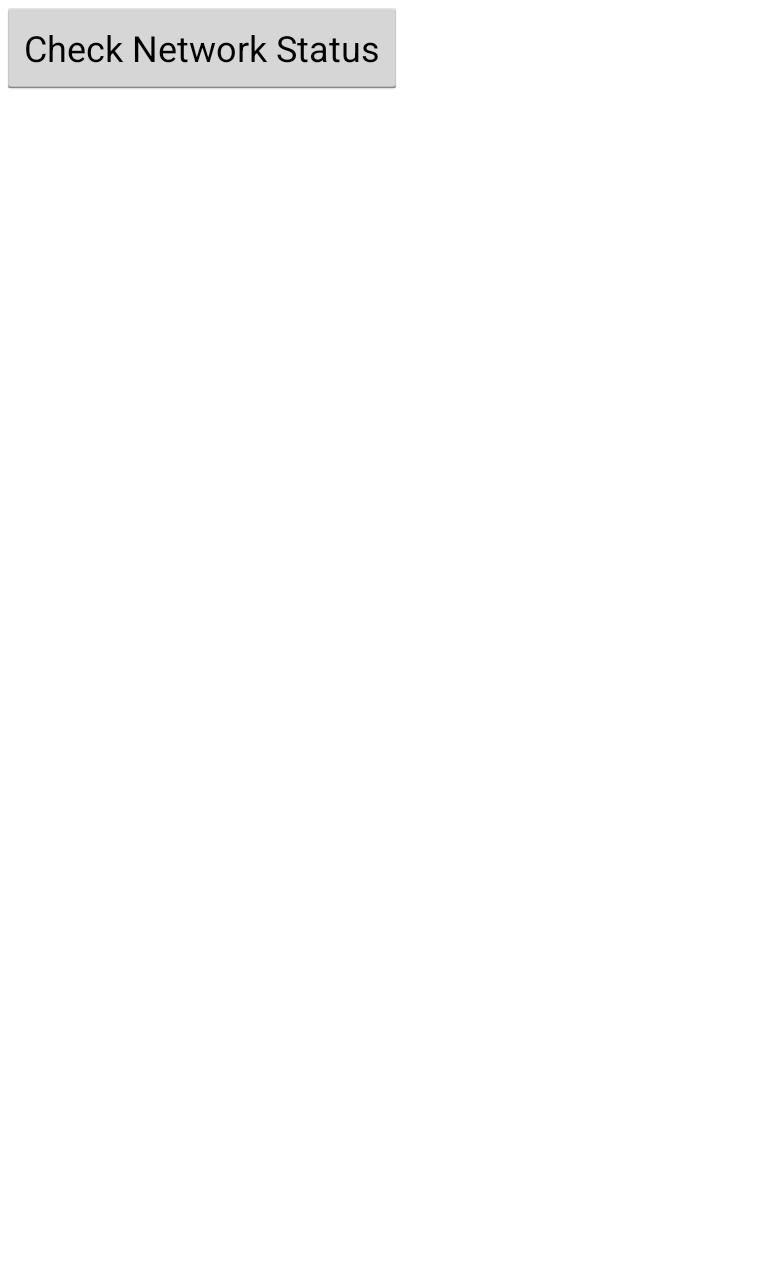
Repository: bvrit-vineeth/android-projects
Layout: NetworkingTest/res/layout/activity_main.xml
These files come from the project's save history. The layout is drawn as it stood at one moment and after the next save; the edit follows.
It is drawn on a 768 x 1280 px phone screen (xhdpi) without system bars, with theme AppTheme; the app's code is not run.

Above is the layout before, as saved 2013-08-26 16:16:51.

After the next save:
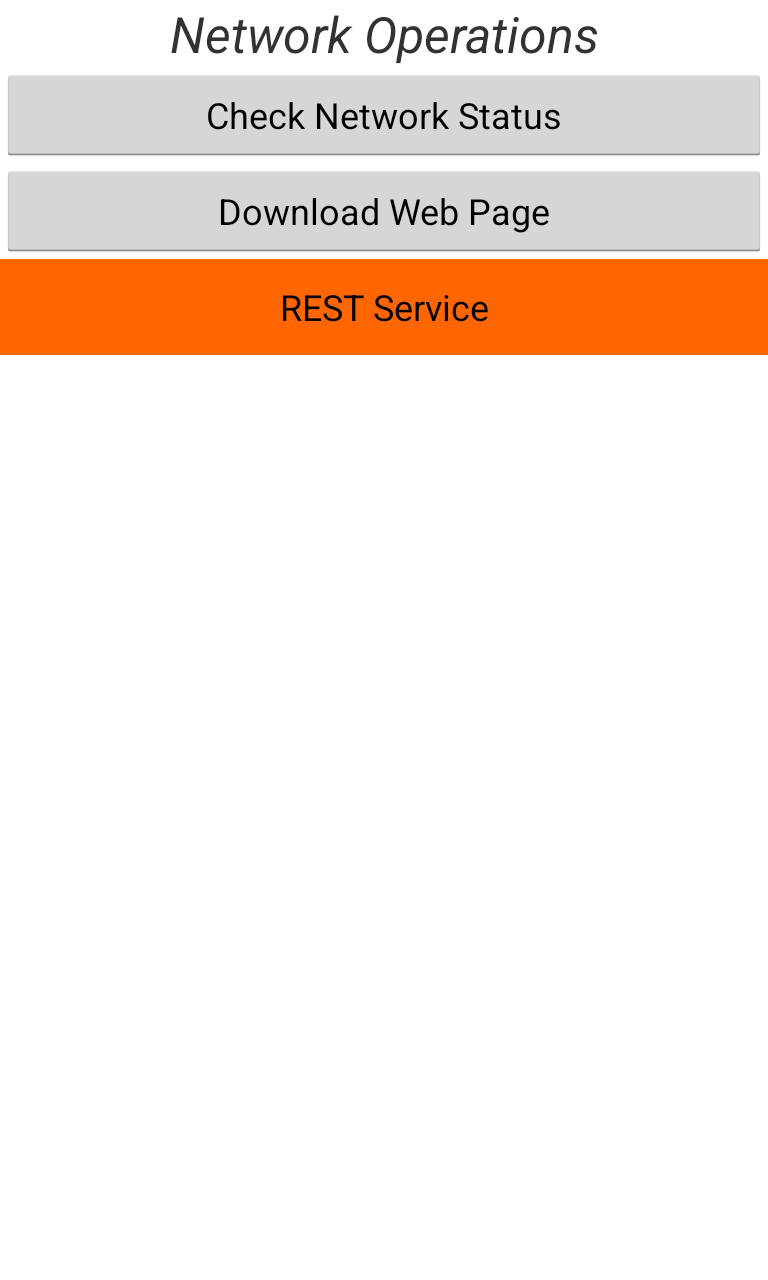
Saved 3 min 8 s later.
--- a/NetworkingTest/res/layout/activity_main.xml
+++ b/NetworkingTest/res/layout/activity_main.xml
@@ -5,14 +5,29 @@
 	android:layout_height="fill_parent"
 	android:orientation="vertical"
 	xmlns:android="http://schemas.android.com/apk/res/android">
+<TextView
+	android:id="@+id/widget35"
+	android:layout_width="fill_parent"
+	android:layout_height="wrap_content"
+	android:text="Network Operations"
+	android:textSize="25sp"
+	android:typeface="sans"
+	android:textStyle="italic"
+	android:gravity="center" />
 <Button
-	android:id="@+id/check_status"
-	android:layout_width="wrap_content"
+	android:id="@+id/widget37"
+	android:layout_width="fill_parent"
 	android:layout_height="wrap_content"
-	android:text="Check Network Status"
-	android:onClick="checkNetworkStatus" />
-<TextView
-	android:id="@+id/status"
-	android:layout_width="wrap_content"
-	android:layout_height="wrap_content"/>
+	android:text="Check Network Status" />
+<Button
+	android:id="@+id/widget38"
+	android:layout_width="fill_parent"
+	android:layout_height="wrap_content"
+	android:text="Download Web Page" />
+<Button
+	android:id="@+id/widget39"
+	android:layout_width="fill_parent"
+	android:layout_height="wrap_content"
+	android:background="#ffff6600"
+	android:text="REST Service" />
 </LinearLayout>
